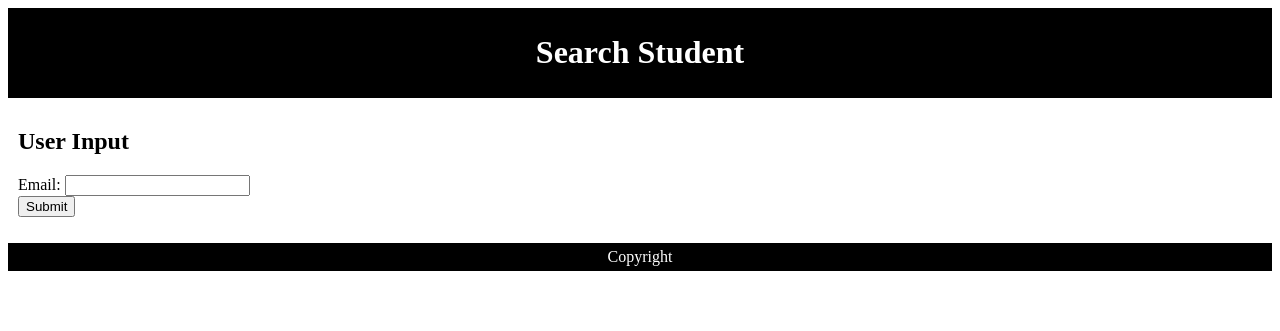
Repository: dreamxia329/TechExercise4830
Page: T3-0325-xia/T3-webProject-Xia/WebContent/search.html
An editor plug-in stored every save of this project. The page is shown before and after the next save, followed by the edit.
The browser window is 1280 px wide. The pictures show the whole page.

Above is the page before, as saved 2022-03-31 14:32:23.

After the next save:
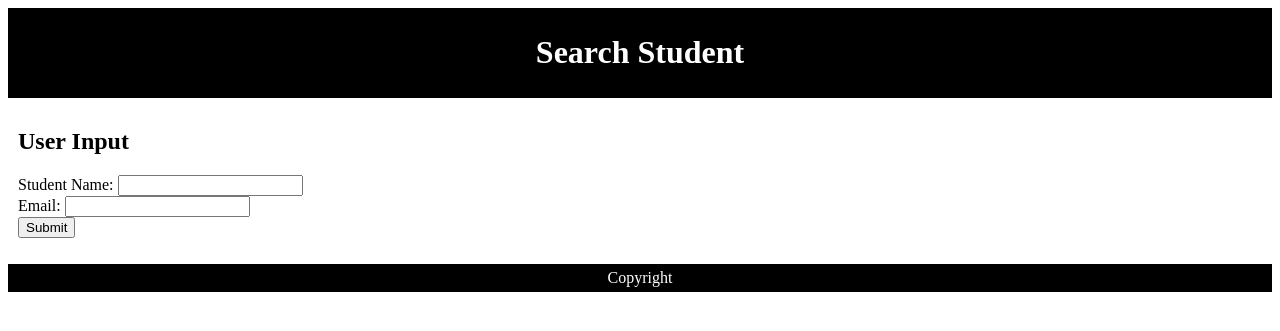
Saved 5 min 51 s later.
--- a/T3-0325-xia/T3-webProject-Xia/WebContent/search.html
+++ b/T3-0325-xia/T3-webProject-Xia/WebContent/search.html
@@ -42,7 +42,9 @@ footer {
 		<h1>User Input</h1>
 
 		<form action="SearchServlet" method="POST">
-			Email: <input type="text" name="keyword"> <br />
+			Student Name: <input type="text" name="studentName"> <br />
+			Email: <input type="text" name="parentEmail"> <br />
+
 			<input type="submit" value="Submit" />
 		</form>
 
